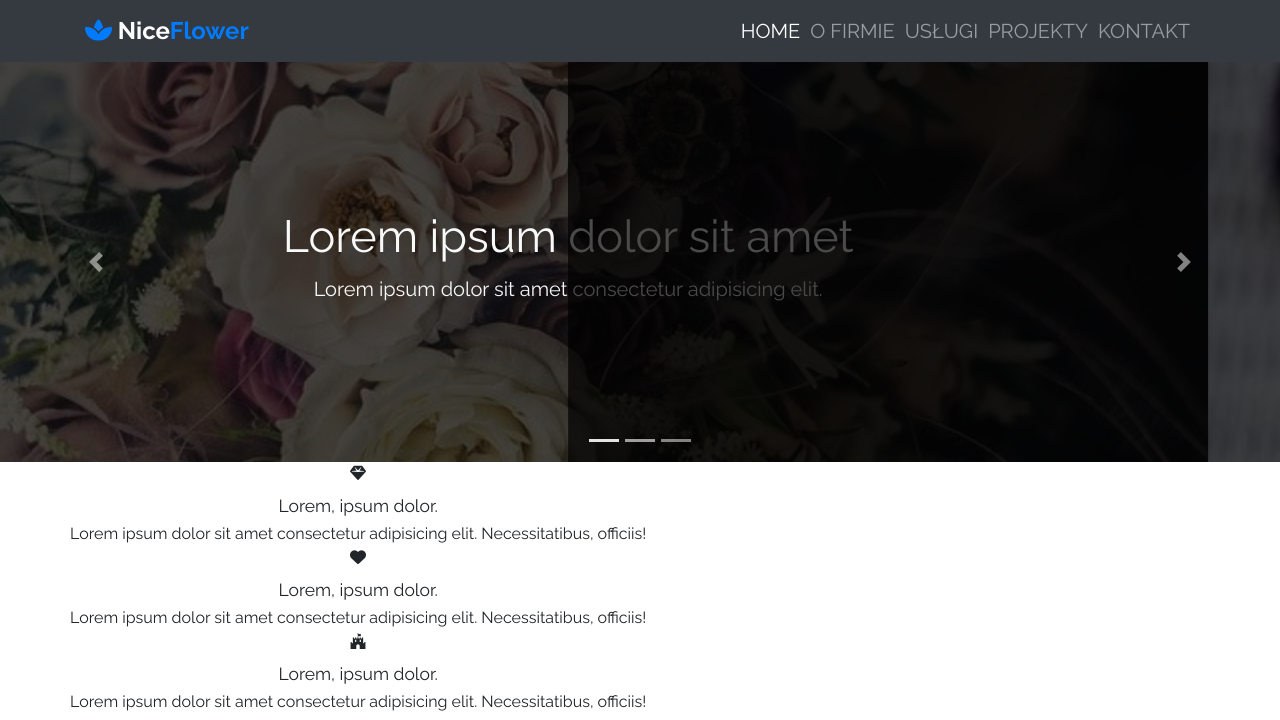
Repository: KrzysKolo/Projekt-13_Kwiaciarnia
Page: index.html
These files come from the project's save history. The page is drawn as it stood at one moment and after the next save; the edit follows.
The browser window is 1280 px wide. The pictures show the whole page.
Some web libraries are served in a nearby version.

Above is the page before, as saved 2020-08-08 08:22:23.

After the next save:
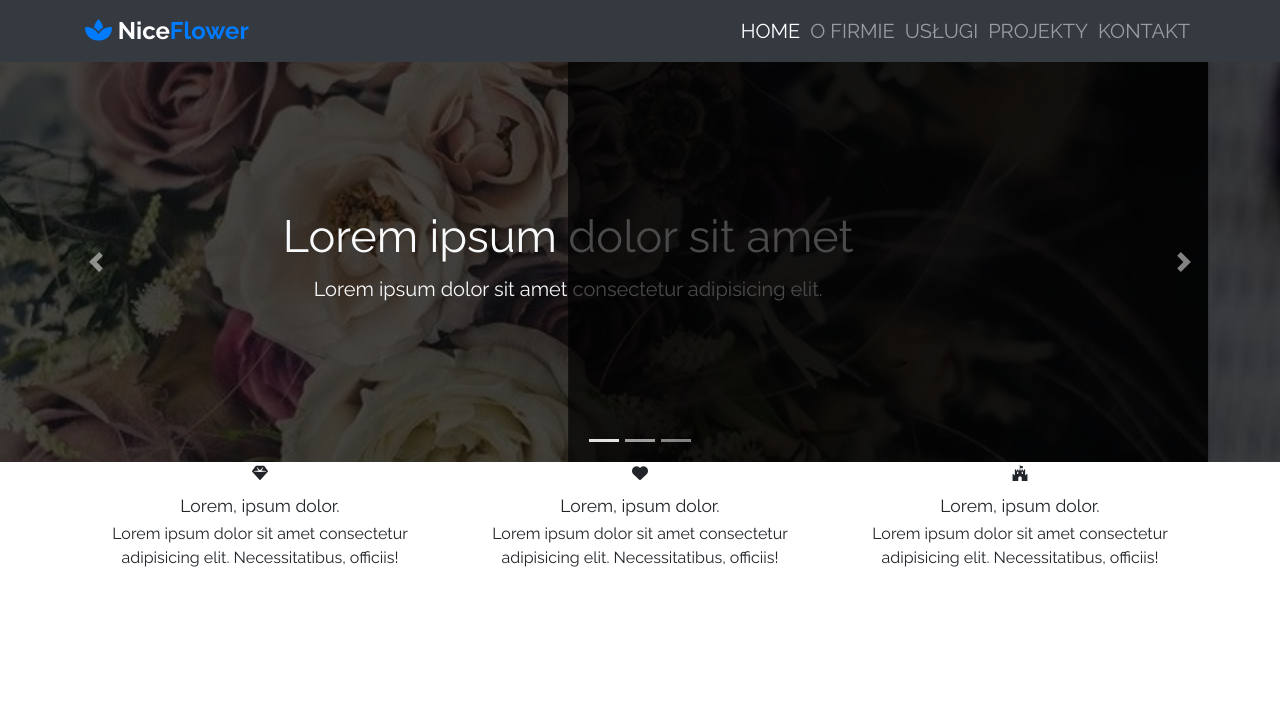
Saved 2 min 27 s later.
--- a/index.html
+++ b/index.html
@@ -132,7 +132,7 @@
       <section class="home-boxes">
         <div class="container text-center">
           <div class="row">
-            <div class="com-md-4 home-box mb-5 mb-md-0">
+            <div class="col-md-4 home-box mb-5 mb-md-0">
               <i class="fas fa-gem mb-4"></i>
               <h3>Lorem, ipsum dolor.</h3>
               <p class="m-0">
@@ -140,7 +140,7 @@
                 Necessitatibus, officiis!
               </p>
             </div>
-            <div class="com-md-4 home-box mb-5 mb-md-0">
+            <div class="col-md-4 home-box mb-5 mb-md-0">
               <i class="fas fa-heart mb-4"></i>
               <h3>Lorem, ipsum dolor.</h3>
               <p class="m-0">
@@ -148,7 +148,7 @@
                 Necessitatibus, officiis!
               </p>
             </div>
-            <div class="com-md-4 home-box mb-5 mb-md-0">
+            <div class="col-md-4 home-box mb-5 mb-md-0">
               <i class="fab fa-fort-awesome mb-4"></i>
               <h3>Lorem, ipsum dolor.</h3>
               <p class="m-0">
